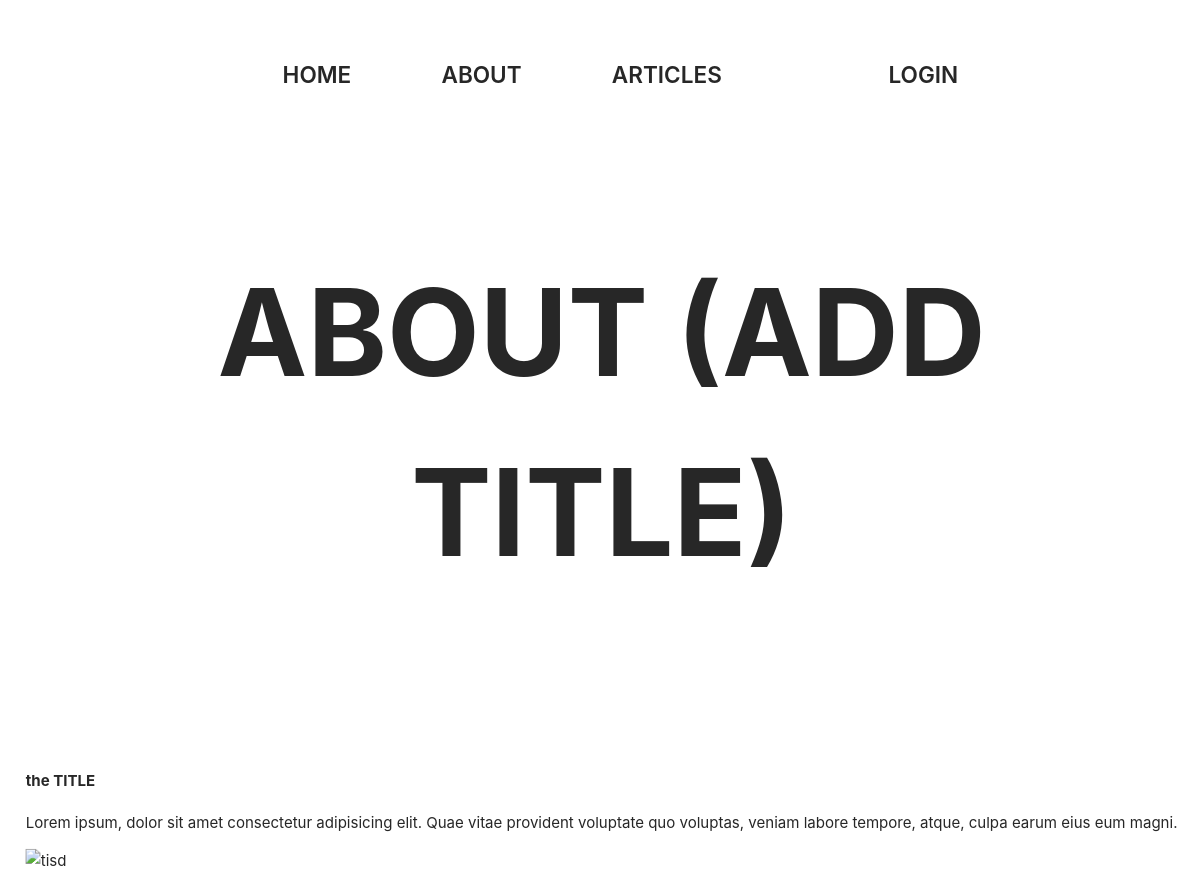
Repository: ValGrace/-static-site
Page: /about (app in client/)
These files come from the project's save history. The page is drawn as it stood at one moment and after the next save; the edit follows.
The browser window is 1280 px wide. The pictures show the whole page, at 94% of full size.
The project was rebuilt for these pictures with package versions that can differ from the ones it lists, and the page was loaded fresh each time. Also part of the build but not shown: client/vite.config.js, client/src/Utils/appwrite.js, client/src/Components/Inputs.css, client/src/Components/Login.jsx, client/src/Components/Signup.jsx, client/src/Components/HomeSection.jsx, client/src/Components/TopSection.jsx, client/src/Pages/HomePage.jsx.

Above is the page before, as saved 2023-02-05 15:58:42.

### client/src/main.jsx
import React from 'react'
import ReactDOM from 'react-dom/client'
import App from './App'
import './index.css'
import { BrowserRouter } from 'react-router-dom'
ReactDOM.createRoot(document.getElementById('root')).render(
  <React.StrictMode>
    <BrowserRouter>
    <App />
    </BrowserRouter>
  </React.StrictMode>,
)

### client/src/App.jsx
import PageRouter from './Routing/PageRouter'
import './App.css'

function App() {


  return (
    <div className="App">
      <PageRouter />
    </div>
  )
}

export default App

### client/src/index.css
:root {
  font-family: Inter, system-ui, Avenir, Helvetica, Arial, sans-serif;
  line-height: 1.5;
  font-weight: 400;

  color-scheme: light dark;
  color: rgba(7, 7, 7, 0.87);
  background-color: #ffffff;

  font-synthesis: none;
  text-rendering: optimizeLegibility;
  -webkit-font-smoothing: antialiased;
  -moz-osx-font-smoothing: grayscale;
  -webkit-text-size-adjust: 100%;
}

/* a {
  font-weight: 500;
  color: #646cff;
  text-decoration: inherit;
}
a:hover {
  color: #535bf2;
}

body {
  margin: 0;
  display: flex;
  place-items: center;
  min-width: 320px;
  min-height: 100vh;
}

h1 {
  font-size: 3.2em;
  line-height: 1.1;
}

button {
  border-radius: 8px;
  border: 1px solid transparent;
  padding: 0.6em 1.2em;
  font-size: 1em;
  font-weight: 500;
  font-family: inherit;
  background-color: #1a1a1a;
  cursor: pointer;
  transition: border-color 0.25s;
}
button:hover {
  border-color: #646cff;
}
button:focus,
button:focus-visible {
  outline: 4px auto -webkit-focus-ring-color;
}

@media (prefers-color-scheme: light) {
  :root {
    color: #213547;
    background-color: #ffffff;
  }
  a:hover {
    color: #747bff;
  }
  button {
    background-color: #f9f9f9;
  }
} */

### client/src/Routing/PageRouter.jsx
import Dashboard from "../Pages/Dashboard";
import HomePage from "../Pages/HomePage";
import { Routes, Route} from "react-router-dom"
import AboutPage from "../Pages/aboutPage";
const PageRouter = () => {
    return (
        <Routes>
            <Route path="/" element={<Dashboard />} />
            <Route path="/home" element={<HomePage />} />
            <Route path="/about" element={<AboutPage />} />

        </Routes>
    )
}

export default PageRouter

### client/src/App.css
.App {
  display: flex;
  flex-direction: column;
  justify-content: center;
  align-items: center;
}

### client/src/Pages/Dashboard.jsx
import React, { useReducer} from 'react'
import Login from '../Components/Login'
import Signup from '../Components/Signup'
import "../Components/Inputs.css"
const initialState = {page : <Login />}
function reducer(state, action) {
    switch(action.type) {
        case 'loginpage':
          return { page: <Login />}
        case 'signuppage':
            return { page: <Signup />}
        default:
            return { page: <h2>Loading....</h2>}
    }
}
const Dashboard = () => {
    const [state, dispatch] = useReducer(reducer, initialState)
    return (
        <div className='dashboard'>
         <h2>Static Site Generator</h2>
         <div>Static site Image</div>
         <div className='dash' id='dash'>
            <div className='toggleForms'>
                <button onClick={() => dispatch({type: 'loginpage'})} className="type-btn">Login</button>
                <button onClick={() => dispatch({type: 'signuppage'})} className="type-btn">Signup</button>
                </div>
            <React.Fragment>{state.page}</React.Fragment>

            <button id="auth-btns">Login with Github account</button>
            <button id="auth-btns">Login with Google account</button>
         </div>
       </div>
    )
}

export default Dashboard

### client/src/Pages/aboutPage.jsx
import Navbar from "../Components/Navbar"
import "../Components/InfoPage.css"
const AboutPage = () => {
   return (
    <>
    <Navbar />
    <h2 id="about-page">about (add title)</h2>
    <div>
        <div>
            <h4>the TITLE</h4>
            <p>Lorem ipsum, dolor sit amet consectetur adipisicing elit. Quae vitae provident voluptate quo voluptas, veniam labore tempore, atque, culpa earum eius eum magni.</p>
            <div>
                <img src="" alt="tisd" />
            </div>
        </div>

    </div>
    </>
   )
}

export default AboutPage

### client/src/Components/Navbar.jsx
import "./Navbar.css"
const Navbar = () => {
    return (
        <nav>
            <ul>
                <li>home</li>
                <li>about</li>
                <li>articles</li>
            </ul>
            <ul>
                <li>Login</li>
            </ul>
        </nav>
    )
}

export default Navbar

### client/src/Components/InfoPage.css
#about-page {
    font-size: 8rem;
    text-transform: uppercase;

    width: 80vw;
    height: 60vh;
    text-align: center;
}

### client/src/Components/Navbar.css
nav {
    width: 70vw;
    height: 20vh;
    display: flex;
}

nav > ul{
  display: flex;
  flex-direction: row;
  text-transform: uppercase;
  list-style-type: none;
  justify-content: center;
  align-items: center;
  gap: 4em;
  font-weight: 600;
  font-size: 1.5rem;
  flex-grow: 1;
}

#top-text {
    width: 80vw;
}

#top-text > h2 {
    font-size: 4.5rem;
    text-transform: capitalize;
    margin: 0;
    /* float: left; */
}

#top-text > p {
    float: right;

}

.head-section {
    display: flex;
    width: 80vw;
    gap: 0.5em;
    flex-wrap: wrap;
}

.head-img {
    background-color: rgb(1, 51, 51);
    width: 50%;
    border-radius: 0.9em;
    height: 30vh;
}

.side-section {
    display: flex;
    flex-direction: row;
    gap: 0.3rem;
    width: 40%;
}

.side-img {
    background-color: black;
    width: 5rem;
    height: 4rem;
    border-radius: 50%;
}

.side-blogs > h4, .side-blogs > p {
    margin: 0;
}

.site-descr {
    width: 80vw;
    background-color: rgba(1, 1, 12, 0.979);
    color: rgba(255, 255, 255, 0.767);
    border-radius: 9px;
    margin-top: 0.9rem;
    display: flex;
    /* gap: 0.4rem; */
    padding: 0.4rem;
    height: 25vh;
    margin-bottom: 3em;
}

.site-descr > p {
    width: 75%;
}
.site-sep {
    width: 0.1rem;
    height: 90%;
    background-color: azure;
    margin-right: 0.7rem;
}


.value-section {
   width: 80vw;
    display: flex;
    gap: 0.3rem;
    flex-wrap: wrap;
}

.single-value {
    border: 0.9px solid rgba(0, 0, 0, 0.87);
    padding: 0.8em;
    width: 20rem;
}

Loaded but not shown: client/index.html (common file)

After the next save:
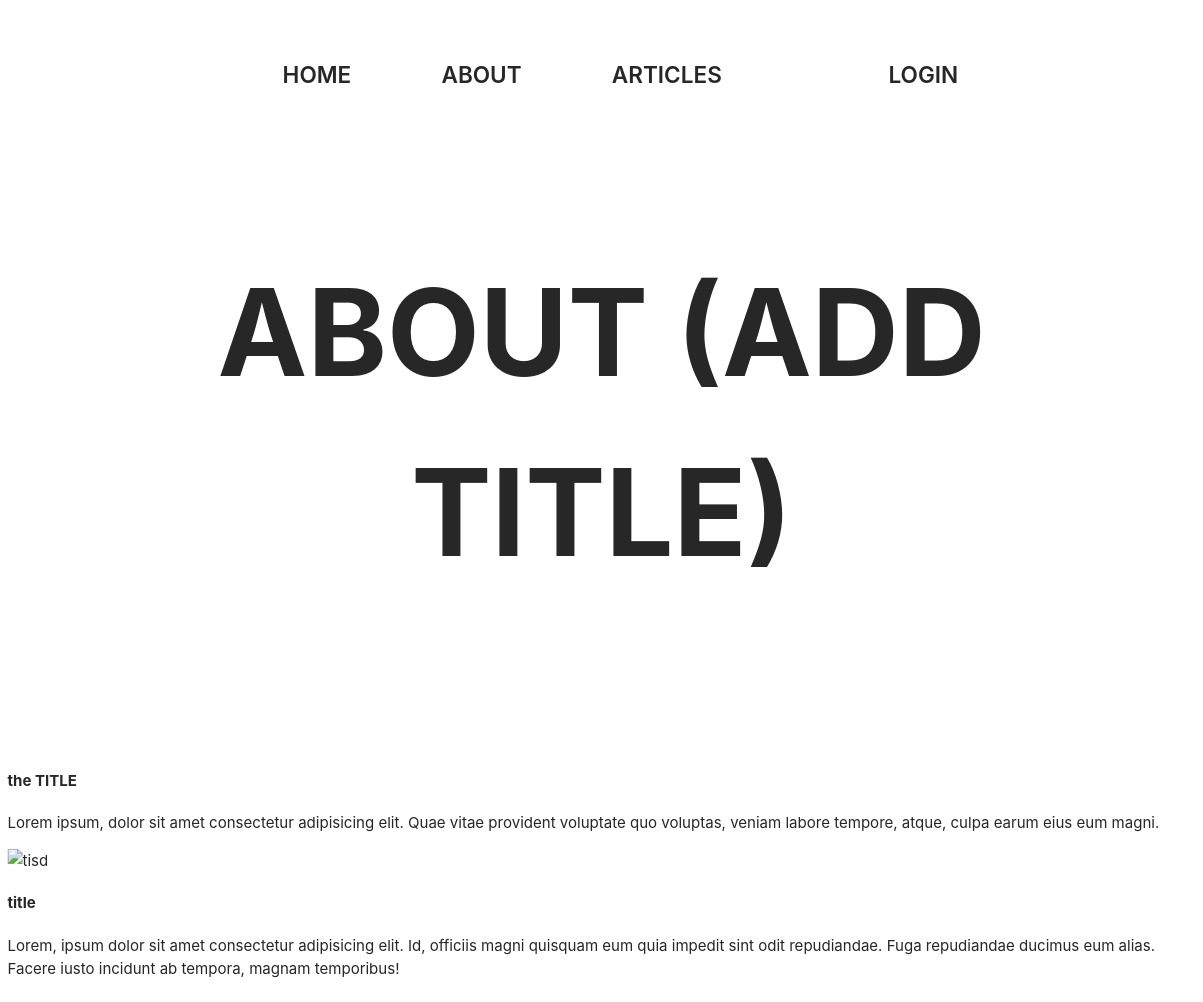
Saved 95 s later.
--- a/client/src/Pages/aboutPage.jsx
+++ b/client/src/Pages/aboutPage.jsx
@@ -9,9 +9,13 @@ const AboutPage = () => {
         <div>
             <h4>the TITLE</h4>
             <p>Lorem ipsum, dolor sit amet consectetur adipisicing elit. Quae vitae provident voluptate quo voluptas, veniam labore tempore, atque, culpa earum eius eum magni.</p>
-            <div>
+            <div className="abt-img">
                 <img src="" alt="tisd" />
             </div>
+        </div>
+        <div>
+            <h4>title</h4>
+            <p>Lorem, ipsum dolor sit amet consectetur adipisicing elit. Id, officiis magni quisquam eum quia impedit sint odit repudiandae. Fuga repudiandae ducimus eum alias. Facere iusto incidunt ab tempora, magnam temporibus!</p>
         </div>
 
     </div>
